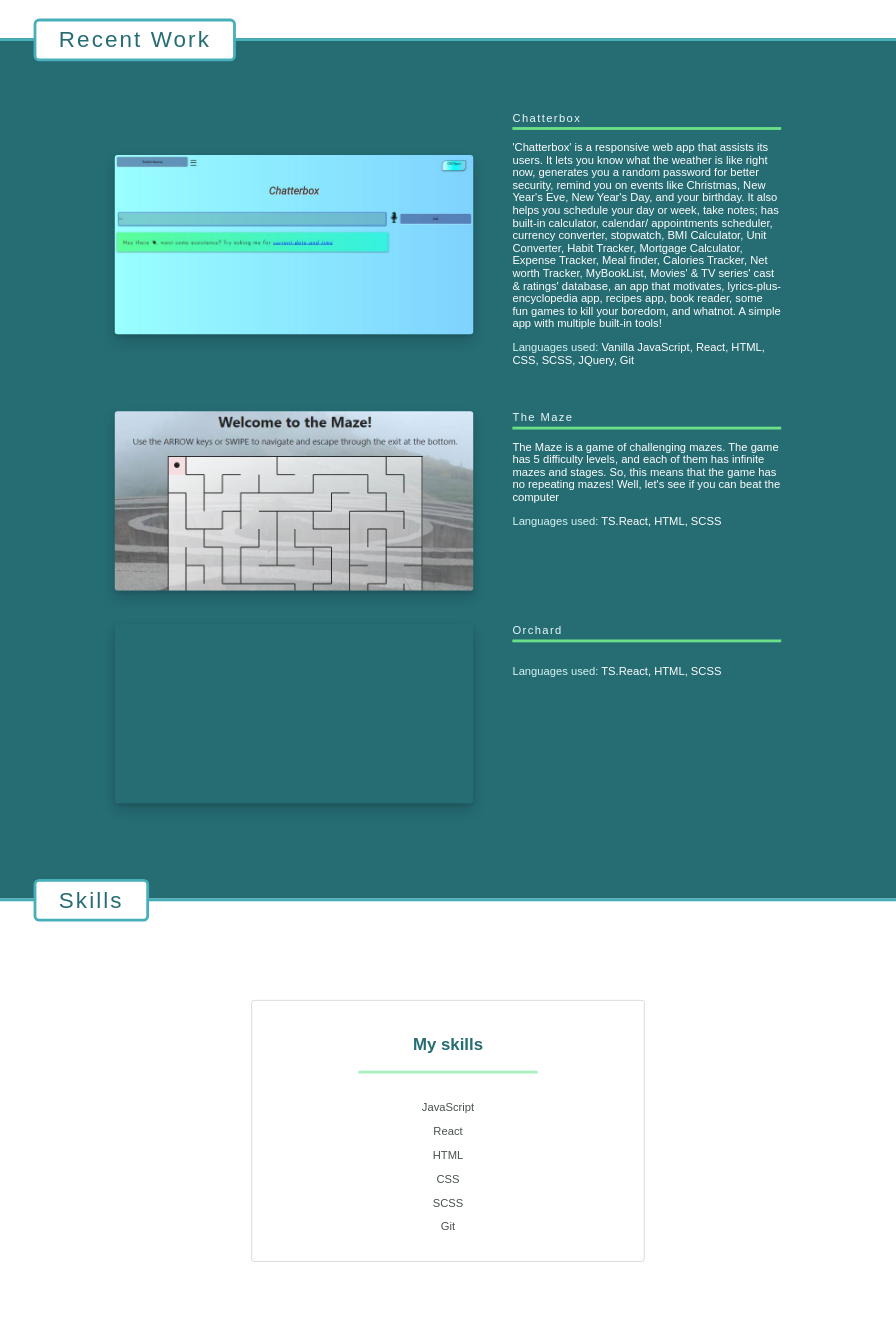
Repository: Abbaskhurram255/port
Page: /
These files come from the project's save history. The page is drawn as it stood at one moment and after the next save; the edit follows.
The browser window is 1280 px wide. The pictures show the part of the page from y = 811 to 2731 px (the page is 3086 px tall), at 70% of full size.
The page's requests for data from a server got no answer. Some web fonts or font styles are not loaded; a fallback is used. Some web libraries are served in a nearby version. The project was rebuilt for these pictures with package versions that can differ from the ones it lists, and the page was loaded fresh each time. No one was signed in, and anything a server would have sent is missing.

Above is the page before, as saved 2021-01-01 22:59:18.

### public/index.html
<!DOCTYPE html>
<html lang="en">
  <head>
    <meta charset="utf-8" />
    <meta
      name="viewport"
      content="width=device-width, initial-scale=1, shrink-to-fit=no"
    />
    <meta name="theme-color" content="#000000" />
    <meta property="og:title" content="Alex' Portfolio" />
    <meta
      property="og:description"
      content="A portfolio of web applications by Alex/ Khurram"
    />
    <meta property="og:url" content="https://www.abbaskhurram255.github.io/" />
    <meta property="og:image" content="/images/portfolio-home.jpg" />
    <title>Alex' Portfolio</title>
    <link
      href="https://fonts.googleapis.com/css?family=Muli:300,400,600,700"
      rel="stylesheet"
    />
    <link
      rel="stylesheet"
      href="https://use.fontawesome.com/releases/v5.4.2/css/all.css"
      integrity="sha384-/rXc/GQVaYpyDdyxK+ecHPVYJSN9bmVFBvjA/9eOB+pb3F2w2N6fc5qB9Ew5yIns"
      crossorigin="anonymous"
    />
  </head>

  <body>
    <noscript>You need to enable JavaScript to run this app.</noscript>
    <div id="root"></div>
  </body>
</html>

### src/index.tsx
import React from "react";
import ReactDOM from "react-dom";
import App from "./App";
import * as serviceWorker from "./serviceWorker";
import "./styles/styles.scss";

ReactDOM.render(<App />, document.getElementById("root"));

// If you want your app to work offline and load faster, you can change
// unregister() to register() below. Note this comes with some pitfalls.
// Learn more about service workers: http://bit.ly/CRA-PWA
serviceWorker.unregister();

### src/App.tsx
import * as React from "react";
import Contact from "./components/Contact";
import Home from "./components/Home";
import Navbar from "./components/Navbar";
import RecentWork from "./components/RecentWork";
import Skills from "./components/Skills";

class App extends React.Component {
  public render() {
    return (
      <div>
        <Navbar />
        <Home />
        <RecentWork />
        <Skills />
        <Contact />
      </div>
    );
  }
}

export default App;

### src/styles/styles.scss
@import "./base/settings";
@import "./base/base";
@import "./components/navbar";
@import "./components/home";
@import "./components/images";
@import "./components/recent-works";
@import "./components/projects";
@import "./components/project";
@import "./components/skills";
@import "./components/skill";
@import "./components/contact";
@import "./components/social";
@import "./components/section-title";

### src/components/Contact.tsx
import * as React from "react";
import utils from "../utils/constants";
import Social from "./Social";
import Title from "./Title";

const { GITHUB_URL, TWITTER_URL } = utils.social;
const { EMAIL } = utils.contact;

const Contact = () => {
  return (
    <div id="contact" className="contact">
      <Title title="Get in Touch" parentComponent="contact" />
      <div className="contact__social-links">
        <p className="contact__brackets">{"{"}</p>
        <Social socialIcon="fab fa-github" socialUrl={GITHUB_URL} />
        <Social socialIcon="fab fa-twitter" socialUrl={TWITTER_URL} />
        <Social socialIcon="fas fa-envelope" socialUrl={`mailto:${EMAIL}`} />
        <p className="contact__brackets">{"}"}</p>
      </div>
    </div>
  );
};

export default Contact;

### src/components/Home.tsx
import * as React from "react";
import Image from "./Image";
import Text from "./Text";
import Title from "./Title";

const Home = () => {
  return (
    <div className="home">
      <div className="home__text-container">
        <Title
          title="<Alex Puth (aka Khurram) />"
          parentComponent="home"
          subTitle="Front-End Developer"
        />
        <Text parentComponent="home" mobile="" />
      </div>
      <Image
        src="/images/headshot.jpg"
        alt="Headshot of Alex Puth"
        parentComponent="home"
      />
      <Text parentComponent="home" mobile="--mobile" />
    </div>
  );
};

export default Home;

### src/components/Navbar.tsx
import * as React from "react";

interface INavbarState {
  linkClass: string;
  isToggled: boolean;
}

class Navbar extends React.Component {
  public state = {
    isToggled: true,
    linkClass: "navbar__link"
  };

  public toggleNav = () => {
    const { isToggled } = this.state;
    this.setState({ isToggled: !isToggled });
    isToggled
      ? this.setState({ linkClass: "navbar__link--show" })
      : this.setState({ linkClass: "navbar__link" });
  };

  public render() {
    return (
      <div className="navbar">
        <a className="navbar__brand" href="#">
          <p className="navbar__brand-text">AP</p>
        </a>
        <i onClick={this.toggleNav} className="fas fa-bars navbar__hamburger" />
        <div className="navbar__link-box">
          <a className={this.state.linkClass} href="#">
            <p className="navbar__link-text">Home</p>
          </a>

          <a className={this.state.linkClass} href="#recent-works">
            <p className="navbar__link-text">Recent Work</p>
          </a>

          <a className={this.state.linkClass} href="#skills">
            <p className="navbar__link-text">Skills</p>
          </a>

          <a className={this.state.linkClass} href="#contact">
            <p className="navbar__link-text">Contact</p>
          </a>
        </div>
      </div>
    );
  }
}
export default Navbar;

### src/components/RecentWork.tsx
import * as React from "react";
import Projects from "./Projects";
import Title from "./Title";

const RecentWork = () => {
  return (
    <div id="recent-works" className="recent-works">
      <Title title="Recent Work" parentComponent="recent-works" />
      <Projects />
    </div>
  );
};

export default RecentWork;

### src/components/Skills.tsx
import * as React from "react";
import Skill from "./Skill";
import Title from "./Title";

const Skills = () => {
  const technicalSkills: string[] = [
    "JavaScript",
    "React",
    "HTML",
    "CSS",
    "SCSS",
    "Git"
  ];

  return (
    <div id="skills" className="skills">
      <Title title={"Skills"} parentComponent="skills" />
      <div className="skills__set-box">
        <Skill title="My skills" skills={technicalSkills} />
      </div>
    </div>
  );
};

export default Skills;

### src/styles/base/_base.scss
html {
  font-size: 62.5%;
  scroll-behavior: smooth;
}

body {
  margin: 0;
  background-color: $white;
}

button {
  cursor: pointer;
}

button:disabled {
  cursor: default;
}

### src/styles/components/_home.scss
.home {
  display: flex;
  flex-direction: column;
  justify-content: space-around;
  margin: $size-10 auto $size-8 auto;
  max-width: 100rem;
  padding: 0 $size-4;
  @media (min-width: $breakpoint-1) {
    margin: $size-10 25% $size-9 25%;
  }
  @media (min-width: $breakpoint-2) {
    flex-direction: row;
    margin: $size-10 auto $size-12 auto;
  }
}

.home__title-box {
  align-items: center;
  display: flex;
  flex-direction: column;
  justify-content: center;
  margin-top: $size-3;
  @media (min-width: $breakpoint-2) {
    margin: 0;
    margin-left: -$size-9;
    align-items: flex-start;
  }
}

.home__title {
  color: $primary-7;
  font-family: $header;
  font-size: $size-6;
  font-weight: 700;
  letter-spacing: 0.3rem;
  line-height: 1;
  margin: 0;
  @media (min-width: $breakpoint-1) {
    font-size: $size-6;
  }
  @media (min-width: $breakpoint-2 - 13) {
    font-size: $size-7;
  }
  @media (min-width: $breakpoint-3) {
    font-size: 7.2rem;
  }
}

.home__subtitle {
  color: $gray-5;
  font-family: $header;
  font-size: $size-4;
  font-weight: 300;
  margin: $size-3 0;
  @media (min-width: $breakpoint-1) {
    font-size: 1.8rem;
  }
  @media (min-width: $breakpoint-2 - 13) {
    font-size: $size-5;
  }
  @media (min-width: $breakpoint-3) {
    font-size: $size-6;
  }
}

.home__text-container {
  display: flex;
  flex-direction: column;
  justify-content: flex-end;
}

.home__text-box {
  border-left: $size-1 solid $secondary-2;
  margin-top: $size-6;
  padding: $size-5 $size-4;
  width: $size-14;
  @media (max-width: $breakpoint-2 - 1) {
    display: none;
  }
}

.home__text-box--mobile {
  border-left: $size-1 solid $secondary-2;
  box-sizing: border-box;
  margin-top: $size-6;
  padding: $size-2;
  width: 100%;
  @media (min-width: $breakpoint-2) {
    display: none;
  }
}

.home__text {
  color: $gray-7;
  font-family: $text;
  font-size: $size-3;
  line-height: 2;
  margin: 0;
  padding: $size-2;
  @media (min-width: $breakpoint-2) {
    font-size: $size-4;
  }
}

.home__text-link {
  @extend .home__text;
  color: $primary-7;
  padding: 0;
  text-decoration: none;
}

.home__text-link:hover {
  color: $primary-5;
}

### src/styles/components/images.scss
.home-image-box {
  background: $gradient-1;
  border-radius: $radius-2;
  box-shadow: $shadow-2;
  padding: $size-3;
  @media (min-width: $breakpoint-2) {
    display: block;
    padding: $size-7;
  }
}

.home-image {
  border-radius: $radius-2;
  box-shadow: $shadow-3;
  margin: 0;
  width: 100%;
  @media (min-width: $breakpoint-2) {
    margin-right: -$size-10;
    height: $size-13;
    width: $size-13;
  }
}

### src/styles/components/_recent-works.scss
.recent-works {
  align-items: center;
  background: $primary-7;
  border-top: $size-1 solid $primary-5;
  display: flex;
  flex-direction: column;
  padding-bottom: $size-2;
  @media (min-width: $breakpoint-1) {
    padding-left: 22%;
    padding-right: 22%;
  }
  @media (min-width: $breakpoint-2) {
    padding: 0;
    padding-bottom: $size-8;
  }
}

.recent-works__title-box {
  background: $white;
  border: $size-1 solid $primary-5;
  border-radius: $size-2;
  display: flex;
  flex-direction: column;
  justify-content: center;
  margin-top: -$size-5;
  padding: $size-2;
  @media (min-width: $breakpoint-2) {
    align-self: flex-start;
    margin-left: $size-7;
    margin-top: -$size-6;
    padding: $size-2 $size-6;
  }
}

.recent-works__title {
  color: $primary-7;
  font-family: $header;
  font-size: $size-4;
  font-weight: 400;
  letter-spacing: 0.3rem;
  margin: 0;
  padding: 0;
  @media (min-width: $breakpoint-2) {
    font-size: $size-6;
  }
}

### src/styles/components/_projects.scss
.projects {
  display: flex;
  flex-direction: column;
  justify-content: space-between;
  margin: $size-4 $size-7;
  width: 100%;
  @media (min-width: $breakpoint-2) {
    margin: $size-7;
    width: 100rem;
  }
}

### src/styles/components/_skills.scss
.skills {
  align-items: center;
  border-top: $size-1 solid $primary-5;
  display: flex;
  flex-direction: column;
  padding-bottom: $size-8;
  @media (min-width: $breakpoint-1) {
    padding-left: 20%;
    padding-right: 20%;
  }
  @media (min-width: $breakpoint-2) {
    padding: 0;
    padding-bottom: $size-8;
  }
}

.skills__title-box {
  background: $white;
  border: $size-1 solid $primary-5;
  border-radius: $size-2;
  display: flex;
  flex-direction: column;
  justify-content: center;
  margin-top: -$size-5;
  padding: $size-2;
  @media (min-width: $breakpoint-2) {
    align-self: flex-start;
    margin-left: $size-7;
    margin-top: -$size-6;
    padding: $size-2 $size-6;
  }
}

.skills__title {
  color: $primary-7;
  font-family: $header;
  font-size: $size-4;
  font-weight: 400;
  letter-spacing: 0.3rem;
  margin: 0;
  padding: 0;
  @media (min-width: $breakpoint-2) {
    font-size: $size-6;
  }
}

.skills__set-box {
  display: flex;
  flex-direction: column;
  justify-content: space-around;
  margin: 0;
  width: 100%;
  @media (min-width: $breakpoint-2) {
    flex-direction: row;
    margin: $size-9 $size-7;
    width: 100rem;
  }
}

### src/styles/components/_skill.scss
.skill {
  align-items: center;
  border: 1px solid $gray-3;
  border-radius: $radius-2;
  display: flex;
  flex-direction: column;
  margin: $size-4 auto;
  padding: $size-5;
  width: 80%;
  @media (min-width: $breakpoint-2) {
    margin: $size-4;
    padding: $size-5;
    width: $size-14;
  }
}

.skill__title-box {
  border-bottom: $size-1 solid $secondary-3;
  display: flex;
  justify-content: center;
  padding: 0;
  width: 100%;
  @media (min-width: $breakpoint-2) {
    width: $size-12;
  }
}

.skill__title {
  color: $primary-7;
  font-family: $text;
  font-size: $size-4;
  @media (min-width: $breakpoint-2) {
    font-size: $size-5;
  }
}

.skill__box {
  padding-top: $size-5;
  width: 100%;
}

.skill__name {
  color: $gray-7;
  font-family: $text;
  font-size: $size-4;
  text-align: center;
}

### src/styles/components/_contact.scss
.contact {
  align-items: center;
  border-top: $size-1 solid $primary-5;
  display: flex;
  flex-direction: column;
  background: #266c73;
}

.contact__title-box {
  background: $white;
  border: $size-1 solid $primary-5;
  border-radius: $size-2;
  display: flex;
  flex-direction: column;
  justify-content: center;
  margin-top: -$size-5;
  padding: $size-2 $size-6;
  @media (min-width: $breakpoint-2) {
    align-self: flex-start;
    margin-left: $size-7;
    margin-top: -$size-6;
  }
}

.contact__title {
  color: $primary-7;
  font-family: $header;
  font-size: $size-4;
  font-weight: 400;
  letter-spacing: 0.3rem;
  margin: 0;
  padding: 0;
  @media (min-width: $breakpoint-2) {
    font-size: $size-6;
  }
}

.contact__social-links {
  display: flex;
  color: rgb(48, 25, 25);
  margin: $size-8 0 $size-9 0;
}

.contact__brackets {
  color: $secondary-3;
  font-family: $text;
  font-size: $size-8;
  font-weight: 300;
  line-height: 0.5;
  margin: 0 $size-4;
  padding: 0;
  @media (min-width: $breakpoint-2) {
    display: block;
    font-size: $size-10;
  }
}

.fas:not(.navbar__hamburger), .fab {
  color: whitesmoke;
}

### src/styles/components/_social.scss
.social {
  color: $primary-5;
  font-size: $size-5;
  margin: $size-3;
  outline: none;
  transition-property: color, transform;
  transition-duration: 0.1s;
  transition-timing-function: ease;
  @media (min-width: $breakpoint-2) {
    font-size: $size-7;
    margin: $size-5;
  }
}

.social:hover,
.social:focus {
  color: $primary-6;
  transform: scale(1.2);
}

### src/styles/components/_section-title.scss
.section-title__box {
  align-self: flex-start;
  background: $white;
  border: $size-1 solid $primary-8;
  border-radius: $size-2;
  display: flex;
  flex-direction: column;
  justify-content: center;
  margin: -$size-6 0 0 $size-7;
  padding: $size-2 $size-6;
}

.section-title {
  color: $primary-7;
  font-family: $header;
  font-size: $size-6;
  font-weight: 400;
  letter-spacing: 0.3rem;
  margin: 0;
  padding: 0;
}

### src/utils/constants.ts
export default {
  contact: {
    EMAIL: process.env.REACT_APP_EMAIL || "abbaskhuram255@gmail.com"
  },
  social: {
    GITHUB_URL:
      process.env.REACT_APP_GITHUB_URL || "https://github.com/abbaskhurram255",
    TWITTER_URL:
      process.env.REACT_APP_TWITTER_URL || "https://twitter.com/alexputh255",
  }
};

### src/components/Social.tsx
import * as React from "react";

interface ISocialProps {
  socialIcon: string;
  socialUrl: string;
}

const Social = (props: ISocialProps) => {
  const { socialIcon, socialUrl } = props;
  return (
    <a
      href={socialUrl}
      rel="noopener noreferrer"
      className="social"
      target="_blank"
    >
      <i className={socialIcon} />
    </a>
  );
};

export default Social;

### src/components/Title.tsx
import * as React from "react";

interface ITitleProps {
  title: string;
  parentComponent: string;
  subTitle?: string;
}

const Title = (props: ITitleProps) => {
  const { title, subTitle, parentComponent: component } = props;
  return (
    <div className={`${component}__title-box`}>
      <h1 className={`${component}__title`}>{title}</h1>
      {subTitle && <h2 className={`${component}__subtitle`}>{subTitle}</h2>}
    </div>
  );
};

export default Title;

### src/components/Image.tsx
import * as React from "react";

interface IImageProps {
  src: string;
  alt: string;
  parentComponent: string;
}

const Image = (props: IImageProps) => {
  const { src, alt, parentComponent: component } = props;
  return (
    <div className={`${component}-image-box`}>
      <img src={`/Portfolio${src}`} alt={alt} className={`${component}-image`} />
    </div>
  );
};

export default Image;

### src/components/Text.tsx
import * as React from "react";

interface ITextProps {
  parentComponent: string;
  mobile: string;
}

const Text = (props: ITextProps) => {
  const { parentComponent: component, mobile } = props;
  return (
    <div className={`${component}__text-box${mobile}`}>
      <p className={`${component}__text`}>
        Hi, my name is Alex, and I'm a frontend developer. I love using
        functional programming concepts in JavaScript and building web
        applications with it. I'm a coding enthusiast. I've been creating web
        applications since I was 13 - I'm 19 now. It's been my hobby
        since I was a kid, the programming. {" "}
      </p>
      <p className={`${component}__text`}>I'm currently
        trying to get familiar with Vue, and Angular.</p>
    </div>
  );
};

export default Text;

### src/components/Projects.tsx
import * as React from "react";
import { projects } from "../utils/data";
import Project from "./Project";

const Projects = () => (
  <div className="projects">
    {projects.map(project => (
      <Project
        project={project.name}
        projectDescription={project.description}
        projectSourceCode={project.sourceCode}
        projectTools={project.tools}
        projectUrl={project.url}
        image={project.image}
        androidVLink={project.androidVLink}
        key={project.name}
      />
    ))}
  </div>
);

export default Projects;

### src/components/Skill.tsx
import * as React from "react";

interface ISkillProps {
  skills: string[];
  title: string;
}

const DeveloperSkills = (props: ISkillProps) => {
  const { skills, title } = props;
  return (
    <div className="skill">
      <div className="skill__title-box">
        <h3 className="skill__title">{title}</h3>
      </div>
      <div className="skill__box">
        {skills.map((skill: string) => (
          <p className="skill__name" key={skill}>
            {skill}
          </p>
        ))}
      </div>
    </div>
  );
};

export default DeveloperSkills;

### src/utils/data.ts

interface IProject {
  description: string;
  image: string;
  name: string;
  androidVLink: string;
  sourceCode: string;
  tools: string;
  url: string;
}

export const projects: IProject[] = [
  {
    description:
      "'Chatterbox' is a responsive web app that assists its users. It lets you know what the weather is like right now, generates you a random password for better security, remind you on events like Christmas, New Year's Eve, New Year's Day, and your birthday. It also helps you schedule your day or week, take notes; has built-in calculator, calendar/ appointments scheduler, currency converter, stopwatch, BMI Calculator, Unit Converter, Habit Tracker, Mortgage Calculator, Expense Tracker, Meal finder, Calories Tracker, Net worth Tracker, MyBookList, Movies' & TV series' cast & ratings' database, an app that motivates, lyrics-plus-encyclopedia app, recipes app, book reader, some fun games to kill your boredom, and whatnot. A simple app with multiple built-in tools!",
    image: "meal to list",
    name: "Chatterbox",
    androidVLink: "about:blank",
    sourceCode: "https://github.com/Abbaskhurram255/Chatterbox/",
    tools: "Vanilla JavaScript, React, HTML, CSS, SCSS, JQuery, Git",
    url: "https://abbaskhurram255.github.io/Chatterbox/getting-started"
  },
  {
    description:
      "The Maze is a game of challenging mazes. The game has 5 difficulty levels, and each of them has infinite mazes and stages. So, this means that the game has no repeating mazes! Well, let's see if you can beat the computer",
    image: "maze",
    name: "The Maze",
    androidVLink: "https://github.com/Abbaskhurram255/maze/raw/main/public/android/the-maze.apk?raw=true",
    sourceCode: "https://github.com/Abbaskhurram255/maze/",
    tools: "TS.React, HTML, SCSS",
    url: "https://alexs-maze-game.netlify.app"
  },
  {
    description:
      "",
    image: "orchard",
    name: "Orchard",
    androidVLink: "https://github.com/Abbaskhurram255/habit-builder/raw/main/android/orchard.apk?raw=true",
    sourceCode: "https://github.com/Abbaskhurram255/",
    tools: "TS.React, HTML, SCSS",
    url: "https://abbaskhurram255.github.io/"
  }
];

### src/components/Project.tsx
import * as React from "react";

interface IProjectProps {
  image: string;
  project: string;
  projectDescription: string;
  projectTools: string;
  projectSourceCode: string;
  projectUrl: string;
  androidVLink: string;
}

const Project = (props: IProjectProps) => {
  const {
    image,
    project,
    projectDescription,
    projectSourceCode,
    projectTools,
    projectUrl,
    androidVLink
  } = props;
  return (
    <div className="project">
      <div className={`project__image-box project__image-box--${image}`}>
        <div className="project__link-box">
          {projectUrl && (
            <a
              className="project__link"
              href={projectUrl}
              rel="noopener noreferrer"
              target="_blank"
            >
              View Site
            </a>
          )}
          <a
            className="project__link"
            href={projectSourceCode}
            rel="noopener noreferrer"
            target="_blank"
          >
            View Source Code
          </a>
          <a
            className="project__link"
            href={androidVLink}
            rel="noopener noreferrer"
            target="_blank"
          >
            Try on Android
          </a>
        </div>
      </div>
      <div className="project__info-box">
        <h3 className="project__name">{project}</h3>
        <p className="project__description">{projectDescription}</p>
        <p className="project__description">
          <span className="project__tools-label">Languages used:</span>{" "}
          {projectTools}
        </p>
      </div>
      <div className="project__link-box--mobile">
        {projectUrl && (
          <a
            className="project__link--mobile"
            href={projectUrl}
            rel="noopener noreferrer"
            target="_blank"
          >
            View Site
          </a>
        )}
        <a
          className="project__link--mobile"
          href={projectSourceCode}
          rel="noopener noreferrer"
          target="_blank"
        >
          View Source Code
        </a>
        <a
            className="project__link--mobile"
            href={androidVLink}
            rel="noopener noreferrer"
            target="_blank"
          >
            Try on Android
          </a>
      </div>
    </div>
  );
};

export default Project;

Loaded but not shown: src/serviceWorker.ts (common file); src/styles/components/_project.scss (148 lines, source omitted); src/styles/base/_settings.scss (89 lines, source omitted); src/styles/components/_navbar.scss (137 lines, source omitted)

After the next save:
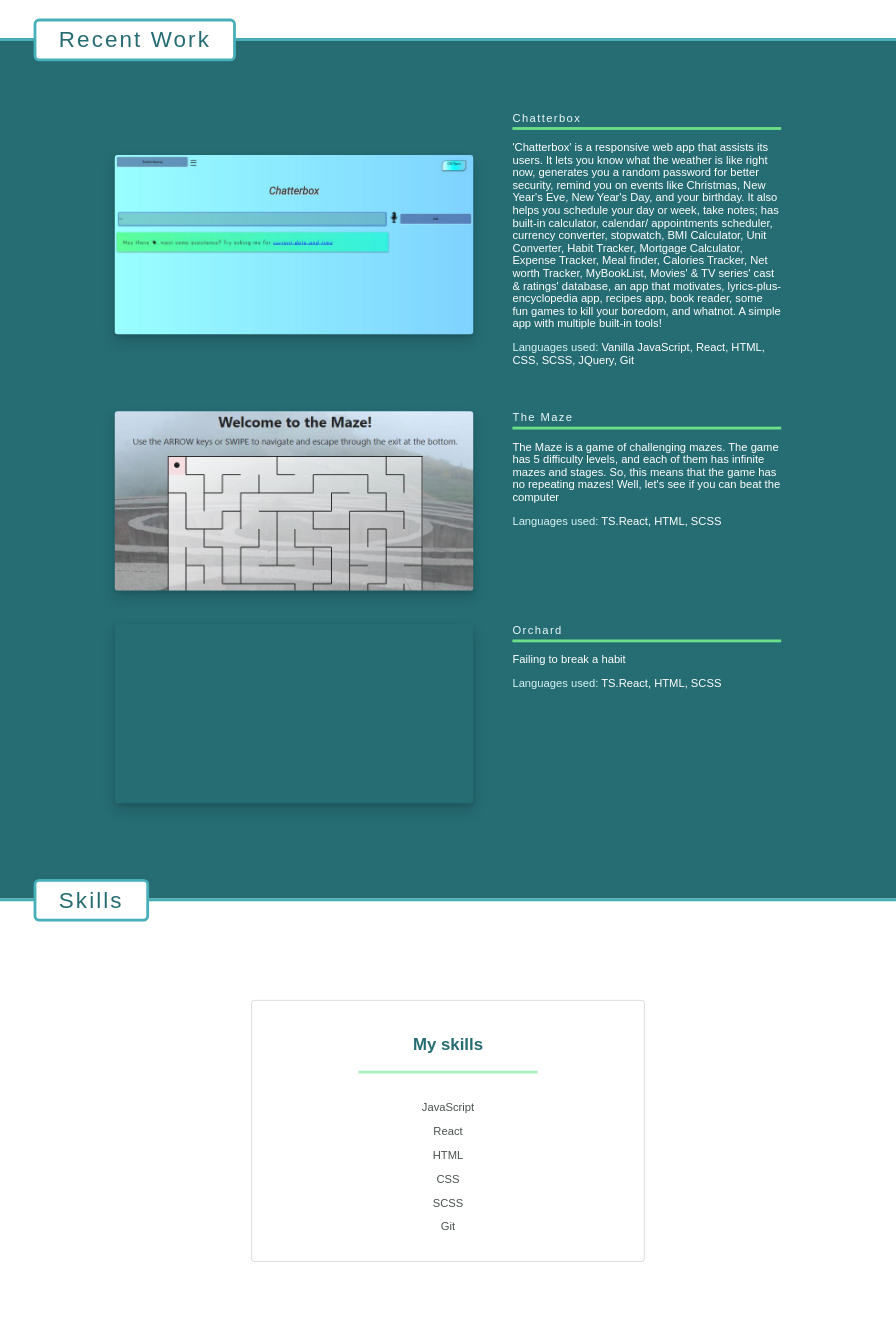
Saved 40 s later.
--- a/src/utils/data.ts
+++ b/src/utils/data.ts
@@ -32,7 +32,7 @@
   },
   {
     description:
-      "",
+      "Failing to break a habit",
     image: "orchard",
     name: "Orchard",
     androidVLink: "https://github.com/Abbaskhurram255/habit-builder/raw/main/android/orchard.apk?raw=true",
